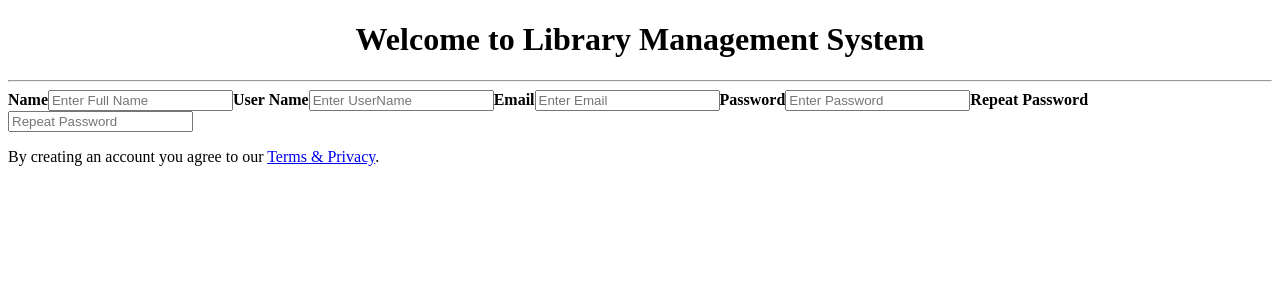
Repository: paragpatidar/LibraryManagementSystem
Page: http://localhost/LibraryManagementSystemSpring/WEB-INF/ui/SignUp.jsp
The author's editor kept a copy of each file at every save. The page is drawn from the files as they stood at one save, then again after the next save.
The browser window is 1280 px wide. The pictures show the whole page.
The page is served by Tomcat 9. Nobody is signed in. The template is opened directly, without the code that normally fills it, so the values that code supplies are empty.

Above is the page before, as saved 2017-11-08 08:36:44.

After the next save:
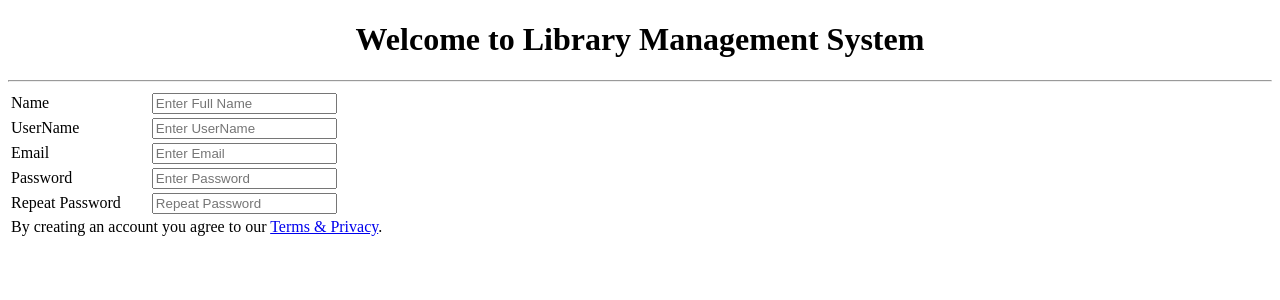
Saved 4 min 0 s later.
--- a/LibraryManagementSystemSpring/WebContent/WEB-INF/ui/SignUp.jsp
+++ b/LibraryManagementSystemSpring/WebContent/WEB-INF/ui/SignUp.jsp
@@ -13,20 +13,32 @@
 	<hr>
 	<div class="form">
 		<form action="signUp.htm">
-			<table><label><b>Name</b></label> <input type="text"
-				placeholder="Enter Full Name" name="name" required> <label><b>User
-					Name</b></label> <input type="text" placeholder="Enter UserName"
-				name="userName" required> <label><b>Email</b></label> <input
-				type="text" placeholder="Enter Email" name="email" required>
-
-			<label><b>Password</b></label> <input type="password"
-				placeholder="Enter Password" name="psw" required> <label><b>Repeat
-					Password</b></label> <input type="password" placeholder="Repeat Password"
-				name="psw-repeat" required>
-			<p>
-				By creating an account you agree to our <a href="#">Terms &
+			<table>
+			<tr>
+			<td>Name</td>
+			<td><input type="text" placeholder="Enter Full Name" name="name" required></td>
+			</tr>
+			<tr>
+			<td>UserName</td>
+			<td><input type="text" placeholder="Enter UserName" name="userName" required></td>
+			</tr>
+			<tr>
+			<td>Email</td>
+			<td><input type="text" placeholder="Enter Email" name="email" required></td>
+			</tr>
+			<tr>
+			<td>Password</td>
+			<td><input type="password" placeholder="Enter Password" name="psw" required></td>
+			</tr>
+			<tr>
+			<td>Repeat Password</td>
+			<td><input type="password" placeholder="Repeat Password" name="psw-repeat" required></td>
+			</tr>
+			<tr>
+				<td colspan="2">By creating an account you agree to our <a href="#">Terms &
 					Privacy</a>.
-			</p>
+					</td>
+			</tr>
 	</table>
 		</form>
 	</div>
